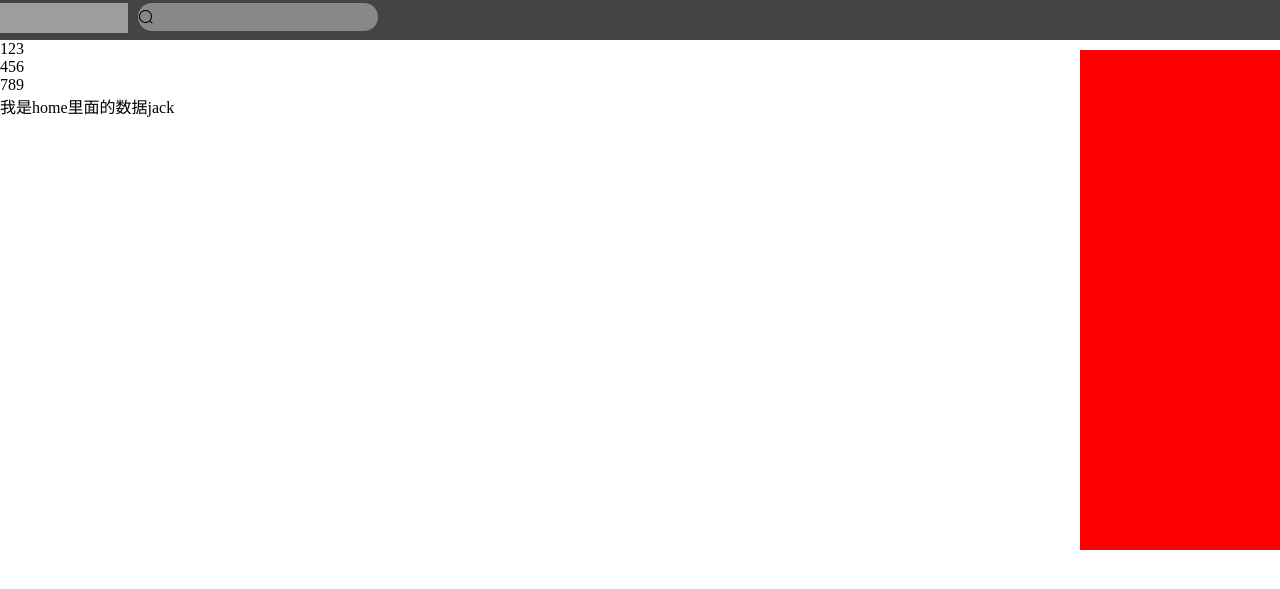
Repository: jinggegeZ/cnode
Page: /
The author's editor kept a copy of each file at every save. The page is drawn from the files as they stood at one save, then again after the next save.
The browser window is 1280 px wide. The pictures show the whole page.
Pictures or frames that could not be fetched are drawn as grey boxes. The project was rebuilt for these pictures with package versions that can differ from the ones it lists, and the page was loaded fresh each time.

Above is the page before, as saved 2020-06-05 12:41:26.

### src/main.js
import Vue from 'vue'
import App from './App.vue'
import router from './router'
import store from './store'
import ElementUI from 'element-ui'
import 'element-ui/lib/theme-chalk/index.css'


Vue.config.productionTip = false
Vue.use(ElementUI);
new Vue({
  router,
  store,
  render: h => h(App)
}).$mount('#app')

### src/App.vue
<template>
  <div id="app">
    <router-view/>
  </div>
</template>

<style lang="scss">
   * {
  margin: 0;
  padding: 0;
 }
</style>

### src/router/index.js
import Vue from 'vue'
import VueRouter from 'vue-router'
import Home from '../views/Home.vue'
import layout from '../views/layout1/layout'

Vue.use(VueRouter)

  const routes = [
    {
      path:'/home',
      redirect:'/'
    },
  {
    path:'/',
    name:'layout',
    component: layout,
    children: [
      {
        path: '',
        name: 'Home',
        component: Home
      },
    ]
  },

  {
    path: '/about',
    name: 'About',
    component: () => import('../views/About.vue')
  },
  {
    path: '/parents',
    name: 'parents',
    component: () => import('../views/parents/parents.vue'),

  },
]

const router = new VueRouter({
  mode: 'history',
  base: process.env.BASE_URL,
  routes
})

export default router

### src/store/index.js
import Vue from 'vue'
import Vuex from 'vuex'

Vue.use(Vuex)

export default new Vuex.Store({
  state: {
    name:'jack'
  },
  mutations: {
  },
  actions: {
  },
  modules: {
  }
})

### src/views/Home.vue
<template>
 <div>
  <div>123</div>
  <div>456</div>
  <div>789</div>
  <div>我是home里面的数据{{name}}</div>
 </div>
</template>

<script>

 export default {
   data () {
     return {

     }
   },
   components: {

   },
   methods: {

   },
   mounted() {

   },
   watch: {

   },
   computed: {
     name() {
       return this.$store.state.name
     }
   }
 }
</script>

<style scoped>

</style>

### src/views/layout1/layout.vue
<template>
 <div>
    <div class="container">

            <div class="top">
            <top></top>
            </div>

        <div class="content">
            <div>
                <router-view></router-view>
            </div>
            <div class="right">
                <right></right>
            </div>
        </div>
        <div class="below">
            <below></below>
        </div>
    </div>
 </div>
</template>

<script>
    import top from '../../components/top/top'
    import right from '../../components/right/right'
    import below from '../../components/below/below'
 export default {
     name:'layout',
   data () {
     return {

     }
   },
   components: {
       top,
       right,
       below,
   },
   methods: {

   },
   mounted() {

   },
   watch: {

   },
   computed: {
   }
 }
</script>

<style scoped>
    .container {
        width: 100%;
    }


</style>

### src/components/top/top.vue
<template>
  <div>
    <div class="top">
      <div class="box">
        <div class="b-left">
          <div class="img">
            <img
              src="//static2.cnodejs.org/public/images/cnodejs_light.svg"
              alt
              width="128px"
              height="30px"
            />
          </div>
          <div class="ipt">
            <i class="el-icon-search"></i>
            <input type="text" class="item">
          </div>
        </div>
        <div></div>
      </div>
    </div>
  </div>
</template>

<script>
export default {
  data() {
    return {};
  },
  components: {},
  methods: {},
  mounted() {},
  watch: {},
  computed: {}
};
</script>

<style scoped >
.top {
  width: 100%;
  height: 40px;
  background: rgb(68, 68, 68);
}
.box {
  max-width: 1400px;
  height: 50px;
  margin: 0 auto;
  display: flex;
  justify-content: space-between;
  align-items: center;
}
.b-left {
  display: flex;
}
.ipt {
  width: 240px;
  height: 28px;
  border-radius: 50px !important;
  overflow: hidden;
  display: flex;
  align-items: center;
  background: #888;
  margin-left: 10px;

}
.item {
    border: none;
    outline:none;
    background: transparent;
    margin-left: 5px;
    width: 200px;
    height: 24px;
    margin-left: 10px;
}
.ipt:hover {
    background: white;
}
.img {
    line-height: 40px;
}
</style>

### src/components/right/right.vue
<template>
 <div>
    <div class="right"></div>
 </div>
</template>

<script>
 export default {
   data () {
     return {

     }
   },
   components: {

   },
   methods: {

   },
   mounted() {

   },
   watch: {

   },
   computed: {

   }
 }
</script>

<style scoped>
    .right {
        width: 200px;
        height: 500px;
        background: red;
        position: absolute;
        right: 0;
        top: 50px;
    }
</style>

### src/components/below/below.vue
<template>
 <div>
    <div class="foot">
        <div class="f-box"></div>
    </div>
 </div>
</template>

<script>
 export default {
   name: '',
   props: {
   },
   components: {

   },
   data () {
     return {

     }
   },
   methods: {

   },
   mounted() {

   },
   watch: {

   },
   computed: {

   }
 }
</script>

<style scoped>
    .foot {
        width: 100%;
        position: absolute;
        bottom: 0;
    }
    .f-box {
        width: 1400px;
        align-items: center;
        background: skyblue;
    }
</style>

Loaded but not shown: public/index.html (common file)

After the next save:
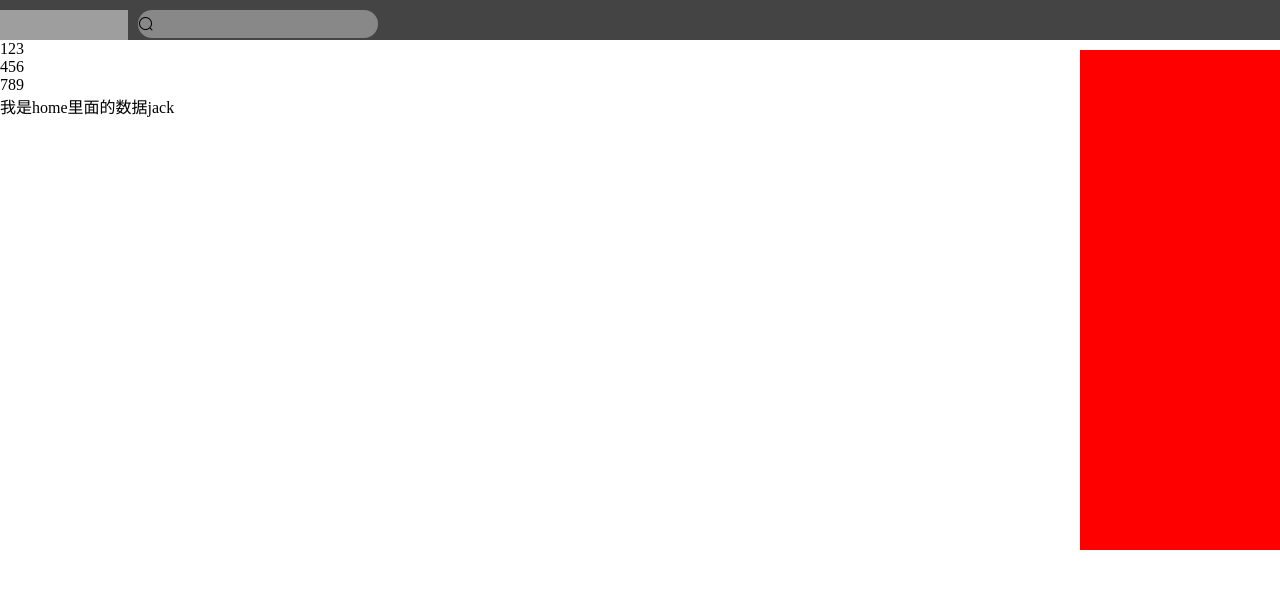
Saved 54 s later.
--- a/src/components/top/top.vue
+++ b/src/components/top/top.vue
@@ -76,6 +76,7 @@ export default {
     background: white;
 }
 .img {
-    line-height: 40px;
+    display: flex;
+    align-items: center;
 }
 </style>
